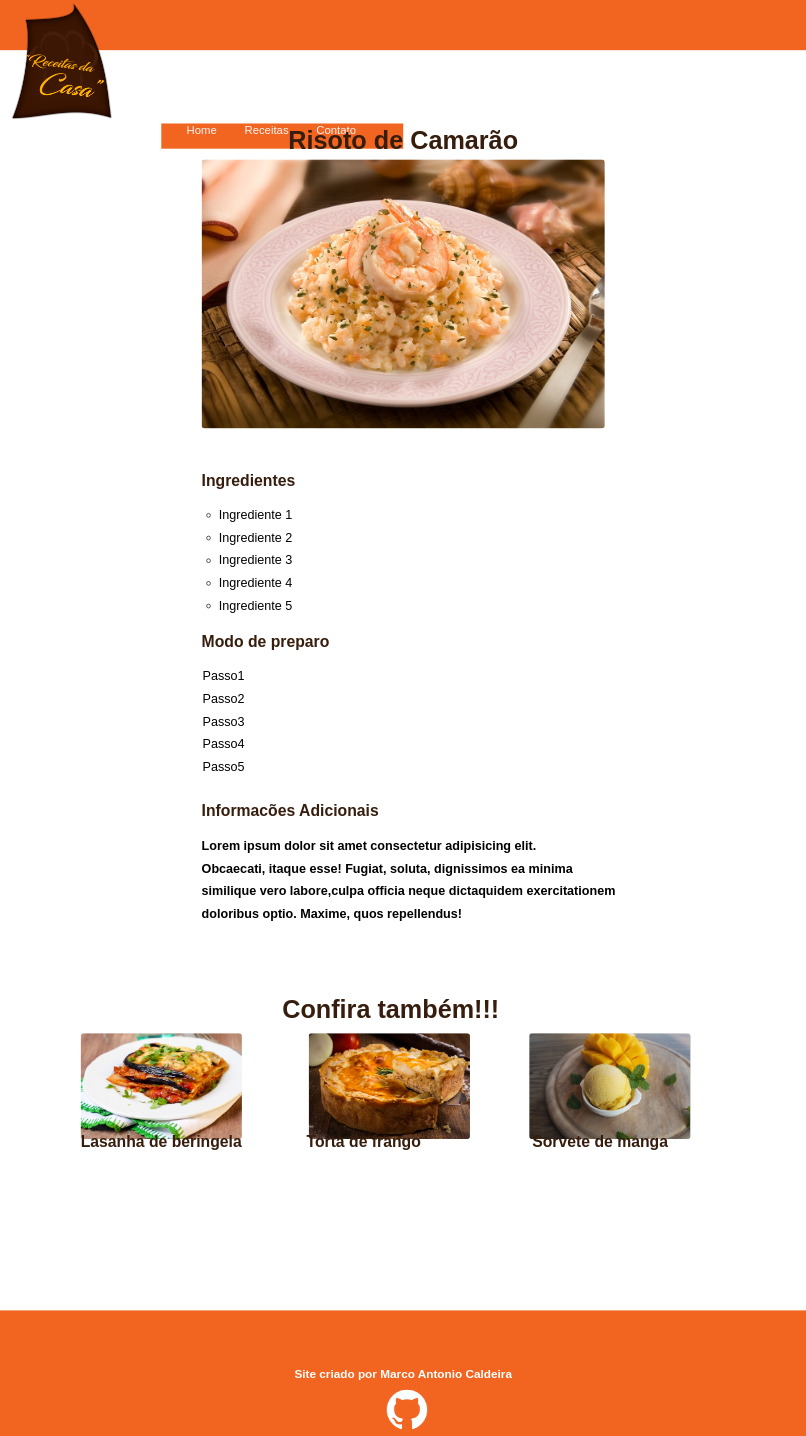
Repository: MarcoantonioCaldeira/Aprendizados-e-Conhecimentos
Page: Receitas da Casa/index.html
These files come from the project's save history. The page is drawn as it stood at one moment and after the next save; the edit follows.
The browser window is 1280 px wide. The pictures show the whole page, at 63% of full size.

Above is the page before, as saved 2022-05-29 23:02:23.

### Receitas da Casa/index.html
<!DOCTYPE html>
<html>
    <head>
    <meta charset="utf-8">
    <title>Receitas do Marco</title>
    <link rel="stylesheet" text="css" href="css/estilo.css">
    <link rel="stylesheet" text="css" href="css/fonts.css">
    <style>

    </style>
    </head>
    <body>
        <header id="topo">
            <img id="logo" src="imagens/logo.png">
            <li class="li-topo">
                <ul class="ul-topo" href="#">Home</ul>
                <ul class="ul-topo" href="#">Receitas</ul>
                <ul class="ul-topo" href="#">Contato</ul>
            </li>
        </header>
        <main id="corpo">
            <h1 class="titulo-receita">Risoto de Camarão</h1>
            <figure>
                <img class="img_receita" src="imagens/imagem_receita.jpg">
            </figure>
            <article>

                <h3 class="text_article">Ingredientes</h3>
                <ul class="text_ul">
                     <li>Ingrediente 1</li>
                     <li>Ingrediente 2</li>
                     <li>Ingrediente 3</li>
                     <li>Ingrediente 4</li>
                     <li>Ingrediente 5</li>
                </ul>

               <h3 class="text_article_2">Modo de preparo</h3>
               <li class="text_ul_2">
                   <ul>Passo1</ul>
                   <ul>Passo2</ul>
                   <ul>Passo3</ul>
                   <ul>Passo4</ul>
                   <ul>Passo5</ul>
               </li>

               <h3 class="text_article_3">Informacões Adicionais</h3>
               <h3 class="text">Lorem ipsum dolor sit amet consectetur adipisicing elit.<br>
                Obcaecati, itaque esse! Fugiat, soluta, dignissimos ea minima<br> similique vero
                labore,culpa officia neque dictaquidem exercitationem <br>doloribus optio. Maxime, quos
                repellendus!</h3>


               <h1 class="h1_informacoes">Confira também!!!</h1>
               <div id="outras_receitas">

                      <img class="img_receita1" src="imagens/lazanha_de_beringela.jpg">
                      <h3 class="h3_receita_1">Lasanha de beringela</h3>

                      <img class="img_receita2" src="imagens/torta_de_frango.jpg">
                      <h3 class="h3_receita_2">Torta de frango</h3>

                      <img class="img_receita3" src="imagens/sorvete-manga.jpg">
                      <h3 class="h3_receita_3">Sorvete de manga</h3>

               </div>

            </article>
        </main>
        <footer id="rodape">
            <div class="agradecimentos-rodape">
                <h3>Site criado por Marco Antonio Caldeira</h3>
                <a href="https://github.com/MarcoantonioCaldeira"><img class="logoGit" src="imagens/github_logo.png"></a>
            </div>
        </footer>
    </body>
</html>

### Receitas da Casa/css/estilo.css
* {
    margin: 0;
}

#topo{
  width: 100%;
  background-color:rgb(241, 101, 32);
  height: 80px;
}

#logo{
  width: 15%;

}

.titulo_logo{
  position: relative;
  font-family: arial;
  top: 20%;
  font-size:30px;
  color:white;
  left:-40%;
}

#corpo{
  width: 100%;
  height: 2000px;
  background-color: white;
}

.img_receita{
  position:relative;
  border-radius: 5px;
  margin-left: 25%;
  margin-top: 10%;
  width:50%;
}

#outras_receitas{
  width: 100%;
  height: 300px;
  background-color:white;
}

.img_receita1{
  position:relative;
  left:10%;
  top:5%;
  border-radius:5px;
  width:20%;
}

.img_receita2{
  position:relative;
  left: 18%;
  top:5%;
  border-radius:5px;
  width:20%;
}

.img_receita3{
  position:relative;
  left: 25%;
  top:5%;
  border-radius:5px;
  width:20%;
}


#rodape{
  background-color: rgb(241, 101, 32);
  width: 100%;
  height: 200px;
}

.agradecimentos-rodape{
  position: relative;
  top: 45%;
  color:white;
  font-family: arial;
  text-align: center;
}

.logoGit{
  position: absolute;
  width: 5%;
  left:48%;
  top: 35px;
}

### Receitas da Casa/css/fonts.css
h1{
  text-align: center;
}

.li-topo{
  position:relative;
  background-color: rgb(241, 101, 32);
  list-style: none;
  height: 40px;
  width: 30%;
  margin-left: 20%;
}

.ul-topo{
  display: inline;
  font-family: arial;
  color:rgb(246, 246, 246);
  font-size:18px;
}

.titulo-receita{
  position: relative;
  font-size: 40px;
  font-family: arial;
  top:6%;
  color:rgb(55, 29, 13);
}

.text_article{
  position:absolute;
  display: inline;
  left:25%;
  margin-top: 5%;
  color:rgb(55, 29, 13);
  font-size: 25px;
  font-family: arial;
}

.text_ul{
  position:absolute;
  font-size: 20px;
  line-height: 1.8;
  list-style-type:circle;
  margin-top:9%;
  left:24%;
  display:inline-block;
  font-family: arial;
}

.text_article_2{
  position:absolute;
  display: inline;
  left:25%;
  margin-top: 25%;
  color:rgb(55, 29, 13);
  font-size: 25px;
  font-family: arial;
}

.text_ul_2{
  position:absolute;
  font-size: 20px;
  line-height: 1.8;
  list-style-type:circle;
  margin-top:29%;
  left:22%;
  display:inline-block;
  font-family: arial;
}

.text_article_3{
  position:absolute;
  display: inline;
  left:25%;
  margin-top: 46%;
  color:rgb(55, 29, 13);
  font-size: 25px;
  font-family: arial;
}

.text{
  position:absolute;
  font-size: 20px;
  line-height: 1.8;
  margin-top:50%;
  left:25%;
  display:inline-block;
  font-family: arial;
}

.h1_informacoes{
  position: relative;
  font-size: 40px;
  font-family: arial;
  left:35%;
  margin-top:70%;
  display:inline-block;
  color:rgb(55, 29, 13);
}

.h3_receita_1{
  position:absolute;
  font-family: arial;
  color:rgb(55, 29, 13);
  font-size: 25px;
  left: 10%;
}

.h3_receita_2{
  position:absolute;
  font-family: arial;
  color:rgb(55, 29, 13);
  left:38%;
  font-size: 25px;
}

.h3_receita_3{
  position:absolute;
  font-family: arial;
  color:rgb(55, 29, 13);
  left:66%;
  font-size: 25px;
}

After the next save:
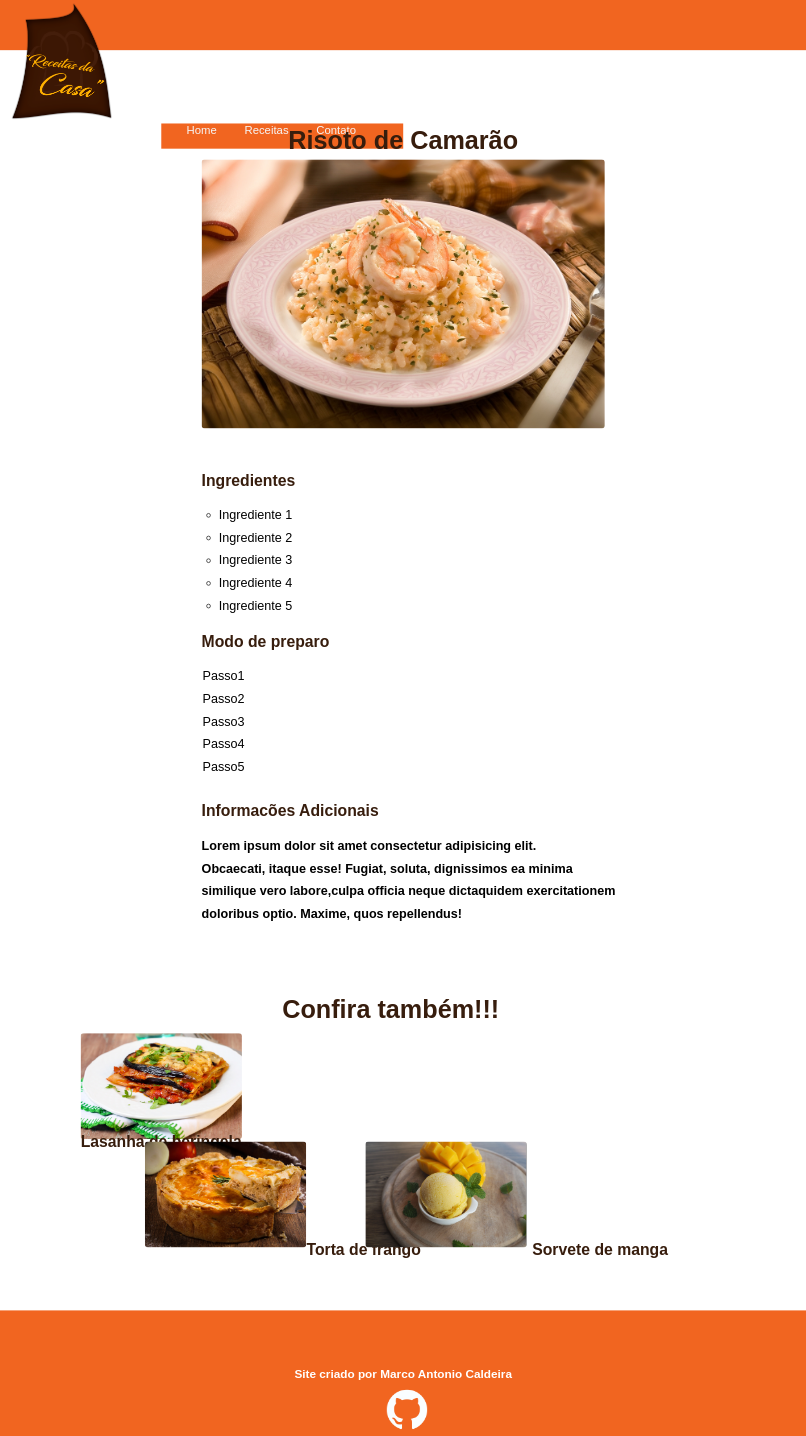
Saved 32 s later.
--- a/Receitas da Casa/index.html
+++ b/Receitas da Casa/index.html
@@ -54,7 +54,7 @@
                <div id="outras_receitas">
 
                       <img class="img_receita1" src="imagens/lazanha_de_beringela.jpg">
-                      <h3 class="h3_receita_1">Lasanha de beringela</h3>
+                      <p><h3 class="h3_receita_1">Lasanha de beringela</h3></p>
 
                       <img class="img_receita2" src="imagens/torta_de_frango.jpg">
                       <h3 class="h3_receita_2">Torta de frango</h3>

After the save that followed:
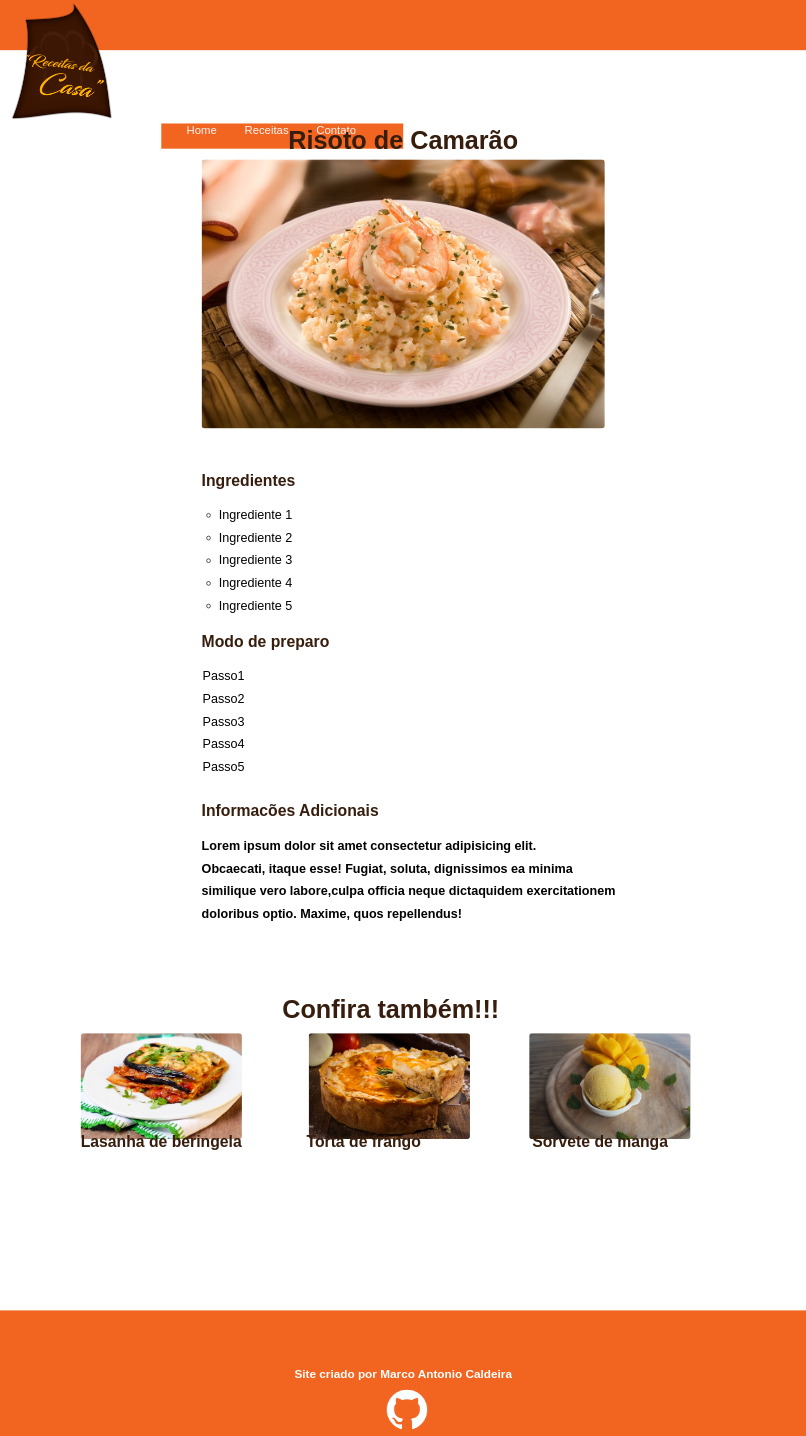
Saved 11 s later.
--- a/Receitas da Casa/index.html
+++ b/Receitas da Casa/index.html
@@ -54,7 +54,7 @@
                <div id="outras_receitas">
 
                       <img class="img_receita1" src="imagens/lazanha_de_beringela.jpg">
-                      <p><h3 class="h3_receita_1">Lasanha de beringela</h3></p>
+                      <h3 class="h3_receita_1">Lasanha de beringela</h3>
 
                       <img class="img_receita2" src="imagens/torta_de_frango.jpg">
                       <h3 class="h3_receita_2">Torta de frango</h3>
